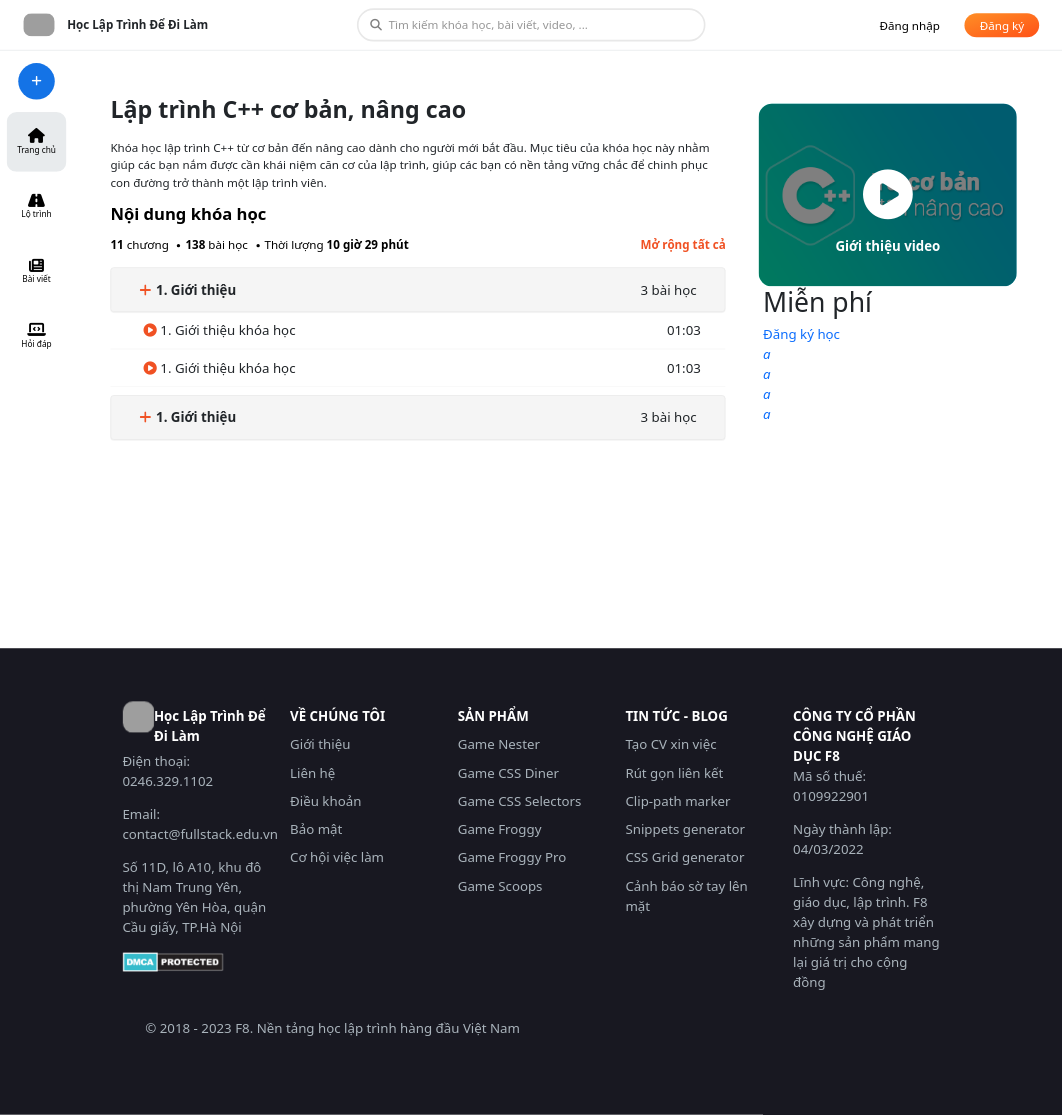
Repository: Quoc-Thang/projectasm
Page: introcourse.html
The author's editor kept a copy of each file at every save. The page is drawn from the files as they stood at one save, then again after the next save.
The browser window is 1280 px wide. The pictures show the whole page, at 83% of full size.
Pictures or frames that could not be fetched are drawn as grey boxes. Some web libraries are served in a nearby version.

Above is the page before, as saved 2023-11-30 23:02:04.

### introcourse.html
<!DOCTYPE html>
<html lang="vi">
  <head>
    <meta charset="UTF-8" />
    <meta name="viewport" content="width=device-width, initial-scale=1.0" />
    <title>F8 - Học lập trình để đi làm</title>
    <!-- Preconnect -->
    <link rel="preconnect" href="https://unpkg.com/aos@2.3.1" />
    <link
      rel="preconnect"
      href="https://cdn.jsdelivr.net/npm/bootstrap@5.3.2" />
    <link rel="preconnect" href="https://kit.fontawesome.com" />
    <link rel="preconnect" href="https://fonts.googleapis.com" />
    <link rel="preconnect" href="https://fonts.gstatic.com" crossorigin />

    <!-- AOS -->
    <link href="https://unpkg.com/aos@2.3.1/dist/aos.css" rel="stylesheet" />

    <!-- Bootstrap -->
    <link
      href="https://cdn.jsdelivr.net/npm/bootstrap@5.3.2/dist/css/bootstrap.min.css"
      rel="stylesheet"
      integrity="sha384-T3c6CoIi6uLrA9TneNEoa7RxnatzjcDSCmG1MXxSR1GAsXEV/Dwwykc2MPK8M2HN"
      crossorigin="anonymous" />

    <!-- Google Fonts -->
    <link
      href="https://fonts.googleapis.com/css2?family=Poppins:wght@100;200;300;400&family=Roboto:wght@100;300;400&display=swap"
      rel="stylesheet" />

    <!-- CSS -->
    <link rel="stylesheet" href="./view/assets/css/reset.css" />
    <link rel="stylesheet" href="./view/assets/css/synthetic.css" />
    <link rel="stylesheet" href="./view/assets/css/header.css" />
    <link rel="stylesheet" href="./view/assets/css/nav.css" />
    <link rel="stylesheet" href="./view/assets/css/slider.css" />
    <link rel="stylesheet" href="./view/assets/css/wrappercontent.css" />
    <link rel="stylesheet" href="./view/assets/css/footer.css" />
    <link rel="stylesheet" href="./view/assets/css/introcourse.css">
  </head>

  <body>
    <!-- Content -->
    <div id="wrapper">
      <!-- Header -->
      <header>
        <div class="row wrap-header">
          <!-- Logo Website -->
          <div class="col-4">
            <div class="logo">
              <a href="/">
                <img src="./view/assets/image/Logo.png" alt="Logo Website" />
              </a>
              <h4 class="logoTxt">Học Lập Trình Để Đi Làm</h4>
            </div>
          </div>

          <!-- Search -->
          <div class="col-4">
            <div class="form-search">
              <form action="" method="post">
                <div class="form">
                  <button type="submit">
                    <i class="fa-solid fa-magnifying-glass"></i>
                  </button>
                  <input
                    type="search"
                    placeholder="Tìm kiếm khóa học, bài viết, video, ..."
                    name="searchTxt"
                    id="search-input"
                    autocomplete="off"
                    />
                </div>
              </form>
              <div class="card-search">
                <div class="heading-card-search">
                  <i class="fa-solid fa-magnifying-glass"></i>
                  <span>Kết quả tìm kiếm cho:</span>
                </div>
                <div class="content-card-search">
                  <div class="title-content">
                    <h2>
                      Khóa học
                    </h2>
                    <a href="#">
                      Xem thêm
                    </a>
                  </div>
                  <ul class="main-content" id="apiData">
                    <li>
                      <a href="#">
                        <img src="./view/assets/image/htmlcsszerohero.png" alt="Image course">
                        <span>
                          HTML, CSS từ cơ bản đến nâng cao
                        </span>
                      </a>
                    </li>
                    <li>
                      <a href="#">
                        <img src="./view/assets/image/htmlcsspro.png" alt="Image course">
                        <span>
                          HTML, CSS Pro
                        </span>
                      </a>
                    </li>
                    <li>
                      <a href="#">
                        <img src="./view/assets/image/sass.png" alt="Image course">
                        <span>
                          Ngôn ngữ tiền xử lý sass
                        </span>
                      </a>
                    </li>
                  </ul>
                </div>
              </div>
            </div>
          </div>

          <!-- Account -->
          <div class="col-4">
            <div class="account">
              <div class="login">
                <a class="openLogin" href="javascript:void(0)"> Đăng nhập </a>
              </div>
              <div class="signup">
                <a class="openSignup" href="javascript:void(0)"> Đăng ký </a>
              </div>
            </div>
          </div>
        </div>
      </header>

      <main id="main-content">
        <!-- Sidebar -->
        <nav class="menu-sidebar">
          <div class="sidebar">
            <div id="news-post" onclick="newsPost()">
              <a id="rotate" href="javascript:void(0)">
                <i class="fa-solid fa-plus"></i>
              </a>
              <span id="model-news">Thêm tin tức mới</span>
            </div>
            <ul>
              <li>
                <a class="menu-sidebar active" href="#">
                  <i class="fa-solid fa-house"></i>
                  <span class="txt-menu"> Trang chủ </span>
                </a>
              </li>
              <li>
                <a class="menu-sidebar" href="#">
                  <i class="fa-solid fa-road"></i>
                  <span class="txt-menu"> Lộ trình </span></a
                >
              </li>
              <li>
                <a class="menu-sidebar" href="#">
                  <i class="fa-solid fa-newspaper"></i>
                  <span class="txt-menu"> Bài viết </span></a
                >
              </li>
              <li>
                <a class="menu-sidebar" href="#">
                  <i class="fa-solid fa-laptop-code"></i>
                  <span class="txt-menu"> Hỏi đáp </span></a
                >
              </li>
            </ul>
          </div>
        </nav>

        <!-- Article -->
        <article id="main">

          <!-- Wrapper Content Main -->
          <div class="wrapper-content">
            <div class="intro-course">
              <div class="content-course">
                <div class="heading-course">
                  <h1 class="title-heading-course">
                    Lập trình C++ cơ bản, nâng cao
                  </h1>
                  <p class="desc-course">
                    Khóa học lập trình C++ từ cơ bản đến nâng cao dành cho người mới bắt đầu. Mục tiêu của khóa học này nhằm giúp các bạn nắm được cần khái niệm căn cơ của lập trình, giúp các bạn có nền tảng vững chắc để chinh phục con đường trở thành một lập trình viên.
                  </p>
                </div>
                <div class="main-content-course">
                  <div class="content-course-top">
                    <h2 class="title-course">
                      Nội dung khóa học
                    </h2>
                    <div class="desc-content-course">
                      <ul>
                        <li>
                          <a href="#">
                            <strong>
                              11
                            </strong>
                            chương
                          </a>
                        </li>
                        <li>
                          <a href="#">
                            <strong>
                              138
                            </strong>
                            bài học
                          </a>
                        </li>
                        <li>
                          <a href="#">
                            Thời lượng
                            <strong>
                              10 giờ 29 phút
                            </strong>
                          </a>
                        </li>
                      </ul>
                      <a class="read-more" href="#">
                        Mở rộng tất cả
                      </a>
                    </div>
                  </div>

                    <div class="list-panels-course">
                      <div class="list-panel-course">
                        <div class="panel-left">
                          <div class="icon-panel">
                              <i class="fa-solid fa-plus" style="color: #f05123;"></i>
                              <i class="fa-solid fa-minus" style="color: #f05123;"></i>
                          </div>
                          <span>
                            1. Giới thiệu
                          </span>
                        </div>
                        <div class="panel-right">
                          <span>
                            3 bài học
                          </soan>
                        </div>
                      </div>

                      <!-- List tab panel -->
                      <div class="list-tab-panel">
                        <!-- Tab panel -->
                        <div class="tab-panel">
                          <span class="desc-panel">
                            <i class="fa-solid fa-circle-play" style="color: #f05123;"></i>
                            1. Giới thiệu khóa học
                          </span>
                          <span class="desc-time">
                            01:03
                          </span>
                        </div>

                        <div class="tab-panel">
                          <span class="desc-panel">
                            <i class="fa-solid fa-circle-play" style="color: #f05123;"></i>
                            1. Giới thiệu khóa học
                          </span>
                          <span class="desc-time">
                            01:03
                          </span>
                        </div>
                      </div>
                    </div>

                    <div class="list-panels-course">
                      <div class="list-panel-course">
                        <div class="panel-left">
                          <div class="icon-panel">
                              <i class="fa-solid fa-plus" style="color: #f05123;"></i>
                              <i class="fa-solid fa-minus" style="color: #f05123;"></i>
                          </div>
                          <span>
                            1. Giới thiệu
                          </span>
                        </div>
                        <div class="panel-right">
                          <span>
                            3 bài học
                          </soan>
                        </div>
                      </div>
                    <!-- List tab panel -->
                    <div class="list-tab-panel">
                      <!-- Tab panel -->
                      <div class="tab-panel">
                        <span class="desc-panel">
                          <i class="fa-solid fa-circle-play" style="color: #f05123;"></i>
                          1. Giới thiệu khóa học
                        </span>
                        <span class="desc-time">
                          01:03
                        </span>
                      </div>

                      <div class="tab-panel">
                        <span class="desc-panel">
                          <i class="fa-solid fa-circle-play" style="color: #f05123;"></i>
                          1. Giới thiệu khóa học
                        </span>
                        <span class="desc-time">
                          01:03
                        </span>
                      </div>
                    </div>
                  </div>
                </div>
              </div>
              <div class="intro-video-course">
                <div class="first-intro-video-course">
                  <div class="img-video-course">
                    <div class="icon-play">
                      <i class="fa-solid fa-circle-play" style="color: #fff;"></i>
                    </div>
                  </div>
                  <div class="see-intro-course">
                    <span>
                      Giới thiệu video
                    </span>
                  </div>
                </div>
                <div class="second-intro-video-course">
                  <div class="pee-course">
                    <h2>
                      Miễn phí
                    </h2>
                  </div>
                  <div class="learn-now">
                    <a href="#">
                      Đăng ký học
                    </a>
                  </div>
                  <div class="list-intro-course">
                    <ul class="list-intro">
                      <li>
                        <a href="#">
                          <i>a</i>
                        </a>
                      </li>
                      <li>
                        <a href="#">
                          <i>a</i>
                        </a>
                      </li>
                      <li>
                        <a href="#">
                          <i>a</i>
                        </a>
                      </li>
                      <li>
                        <a href="#">
                          <i>a</i>
                        </a>
                      </li>
                    </ul>
                  </div>
                </div>
              </div>
            </div>
          </div>
        </article>
      </main>

      <!-- Footer -->
      <footer>
        <div class="content-footer">
          <!-- Footer top -->
          <div class="footer-top">
            <!-- Slogan -->
            <div class="slogan content-column-footer">
              <div class="footer-slogan title-footer">
                <figure>
                  <img src="./view/assets/image/Logo.png" alt="Logo Website" />
                </figure>
                <figcaption>
                  <span class="txt-slogan"> Học lập trình để đi làm </span>
                </figcaption>
              </div>
              <div class="footer-contact-list">
                <ul>
                  <li>
                    <p>Điện thoại: 0246.329.1102</p>
                  </li>
                  <li>
                    <p>Email: contact@fullstack.edu.vn</p>
                  </li>
                  <li>
                    <p>
                      Số 11D, lô A10, khu đô thị Nam Trung Yên, phường Yên Hòa,
                      quận Cầu giấy, TP.Hà Nội
                    </p>
                  </li>
                </ul>
              </div>
              <div class="footer-protect">
                <figure>
                  <a href="#">
                    <img
                      src="./view/assets/image/dmca.png"
                      alt="DMCA Protect" />
                  </a>
                </figure>
              </div>
            </div>

            <!-- About us -->
            <div class="about content-column-footer">
              <div class="title-footer about-us">
                <span>Về chúng tôi</span>
              </div>
              <nav class="list-about">
                <ul>
                  <li><a href="#">Giới thiệu</a></li>
                  <li><a href="#">Liên hệ</a></li>
                  <li><a href="#">Điều khoản</a></li>
                  <li><a href="#">Bảo mật</a></li>
                  <li><a href="#">Cơ hội việc làm</a></li>
                </ul>
              </nav>
            </div>

            <!-- Products -->
            <div class="product content-column-footer">
              <div class="title-footer product-type">
                <span>Sản phẩm</span>
              </div>
              <nav class="list-product">
                <ul>
                  <li><a href="#">Game Nester</a></li>
                  <li><a href="#">Game CSS Diner</a></li>
                  <li><a href="#">Game CSS Selectors</a></li>
                  <li><a href="#">Game Froggy</a></li>
                  <li><a href="#">Game Froggy Pro</a></li>
                  <li><a href="#">Game Scoops</a></li>
                </ul>
              </nav>
            </div>

            <!-- Tools -->
            <div class="tools content-column-footer">
              <div class="title-footer tools-type">
                <span>Tin tức - Blog</span>
              </div>
              <nav class="list-tools">
                <ul>
                  <li><a href="#">Tạo CV xin việc</a></li>
                  <li><a href="#">Rút gọn liên kết</a></li>
                  <li><a href="#">Clip-path marker</a></li>
                  <li><a href="#">Snippets generator</a></li>
                  <li><a href="#">CSS Grid generator</a></li>
                  <li><a href="#">Cảnh báo sờ tay lên mặt</a></li>
                </ul>
              </nav>
            </div>

            <!-- Company -->
            <div class="company content-column-footer">
              <div class="title-footer company-type">
                <span>Công ty cổ phần công nghệ giáo dục F8</span>
              </div>
              <nav class="list-company">
                <ul>
                  <li>
                    <p href="#">Mã số thuế: <span>0109922901</span></p>
                  </li>
                  <li>
                    <p href="#">Ngày thành lập: <span>04/03/2022</span></p>
                  </li>
                  <li>
                    <p href="#">
                      Lĩnh vực:
                      <span
                        >Công nghệ, giáo dục, lập trình. F8 xây dựng và phát
                        triển những sản phẩm mang lại giá trị cho cộng đồng
                      </span>
                    </p>
                  </li>
                </ul>
              </nav>
            </div>
          </div>

          <!-- Footer bottom -->
          <div class="footer-bottom">
            <div class="copyright">
              <p>© 2018 - 2023 F8. Nền tảng học lập trình hàng đầu Việt Nam</p>
            </div>
            <div class="social-media">
              <!-- <img src="/images/icons/facebook.svg" alt="" />
              <img src="/images/icons/instagram.svg" alt="" />
              <img src="/images/icons/twitter.svg" alt="" />
              <img src="/images/icons/linkedin.svg" alt="" /> -->
            </div>
          </div>
          </div>
        </div>
      </footer>
    </div>
    <!-- Javascript -->
    <script src="./view/assets/javascript/sidebar.js"></script>
    <script src="./view/assets/javascript/introcourse.js"></script>
    <script src="./view/assets/javascript/formsearch.js"></script>
    <script src="./view/assets/javascript/formlogin.js"></script>
    <script src="./view/assets/javascript/formsignup.js"></script>

    <!-- Font Awesome -->
    <script
      src="https://kit.fontawesome.com/3e006365dd.js"
      crossorigin="anonymous"></script>

    <!-- Bootstrap -->
    <script
      src="https://cdn.jsdelivr.net/npm/bootstrap@5.3.2/dist/js/bootstrap.bundle.min.js"
      integrity="sha384-C6RzsynM9kWDrMNeT87bh95OGNyZPhcTNXj1NW7RuBCsyN/o0jlpcV8Qyq46cDfL"
      crossorigin="anonymous"></script>

    <!-- AOS -->
    <script src="https://unpkg.com/aos@2.3.1/dist/aos.js"></script>
    <script>
      AOS.init();
    </script>
  </body>
</html>

### view/assets/css/introcourse.css
:root {
  --primary-color: #f05123;
  --background-color: #fff;
  --border-bottom: #e8ebed;
  --border-color: #1473e6;
  --background-hover: #f5f5f5;
  --border: #e8e8e8;
  --color-txt: #000;
  --background-color-menu: #f0f0f0;
}

.intro-course {
  display: flex;
  flex-direction: row;
}

.content-course {
  padding: 0 30px 0 0;
  width: 70%;
}

.title-heading-course {
  font-weight: 700;
  font-size: 28px;
}

.desc-course {
  font-size: 14px;
}

.list-panels-course {
  margin-bottom: 10px;
}

.title-course {
  font-size: 20px;
  font-weight: 700;
}

.desc-content-course {
  display: flex;
  gap: 20px;
  align-items: center;
  justify-content: space-between;
  margin-bottom: 16px;
}

.desc-content-course ul {
  display: flex;
  gap: 20px;
}

.desc-content-course ul li {
  position: relative;
}

.desc-content-course ul li:not(:last-child):after {
  content: "";
  position: absolute;
  border-radius: 50%;
  height: 4px;
  width: 4px;
  background-color: var(--color-txt);
  top: 50%;
  margin-left: 10px;
}

.desc-content-course a {
  color: var(--color-txt);
  font-size: 14px;
}

.read-more {
  color: var(--primary-color) !important;
  font-weight: 600;
  margin-right: 0;
}

.list-panel-course,
.panel-left {
  display: flex;
  gap: 20px;
  cursor: pointer;
}

.panel-left span {
  font-weight: 600;
}

.list-panel-course {
  justify-content: space-between;
  background-color: var(--background-hover);
  padding: 14px 34px;
  border-radius: 4px;
  box-shadow: 0 1px 1px rgba(0, 0, 0, 0.05);
  border: 1px solid #ebebeb;
  position: sticky;
  top: 0;
}

.icon-panel {
  position: relative;
}

.fa-plus,
.fa-minus {
  position: absolute;
  top: 50%;
  transform: translateY(-50%);
}

.list-tab-panel {
  width: 100%;
  height: 100%;
  /* display: flex; */
  /* flex-direction: column; */
  display: none;
}

.tab-panel {
  display: flex;
  justify-content: space-between;
  border: 1px solid #00000008;
  border-right: 0;
  border-top: 0;
  border-left: 0;
  padding: 10px 30px 10px 40px;
}

.fa-play {
  background-color: var(--primary-color);
  height: 14px;
  width: 14px;
  border-radius: 50%;
}

.play-video {
  font-size: 60px;
}

.intro-video-course {
  width: 30%;
  display: flex;
  justify-content: center;
  flex-direction: column;
}

.first-intro-video-course {
  width: calc(100% - 20px);
  position: relative;
  height: 220px;
  cursor: pointer;
  margin: 0 auto;
}

.img-video-course {
  background-image: url("/view/assets/image/cppcobannangcao.png");
  background-position: center;
  background-origin: content-box;
  background-size: cover;
  background-repeat: no-repeat;
  width: 100%;
  height: 220px;
  display: flex;
  justify-content: center;
  align-items: center;
  border-radius: 16px;
  position: relative;
}

.icon-play {
  background-color: rgba(0, 0, 0, 0.5);
  height: 100%;
  width: 100%;
  display: flex;
  justify-content: center;
  align-items: center;
  border-radius: 16px;
}

.icon-play .fa-circle-play {
  font-size: 60px;
}

.see-intro-course {
  position: absolute;
  text-align: center;
  width: 100%;
  top: 160px;
  font-size: 16px;
  color: var(--background-color);
  font-weight: 600;
}

.second-intro-video-course {
  width: calc(100% - 30px);
  margin: 0 auto;
}

.list-intro-course {
  width: calc(100% - 25px);
}

Loaded but not shown: view/assets/css/reset.css (common file); view/assets/javascript/formsignup.js (252 lines, source omitted); view/assets/javascript/formlogin.js (244 lines, source omitted); view/assets/javascript/introcourse.js (40 lines, source omitted); view/assets/javascript/sidebar.js (29 lines, source omitted); view/assets/javascript/formsearch.js (20 lines, source omitted); view/assets/css/slider.css (230 lines, source omitted); view/assets/css/wrappercontent.css (239 lines, source omitted); view/assets/css/nav.css (142 lines, source omitted); view/assets/css/header.css (164 lines, source omitted); view/assets/css/footer.css (90 lines, source omitted); view/assets/css/synthetic.css (67 lines, source omitted)

After the next save:
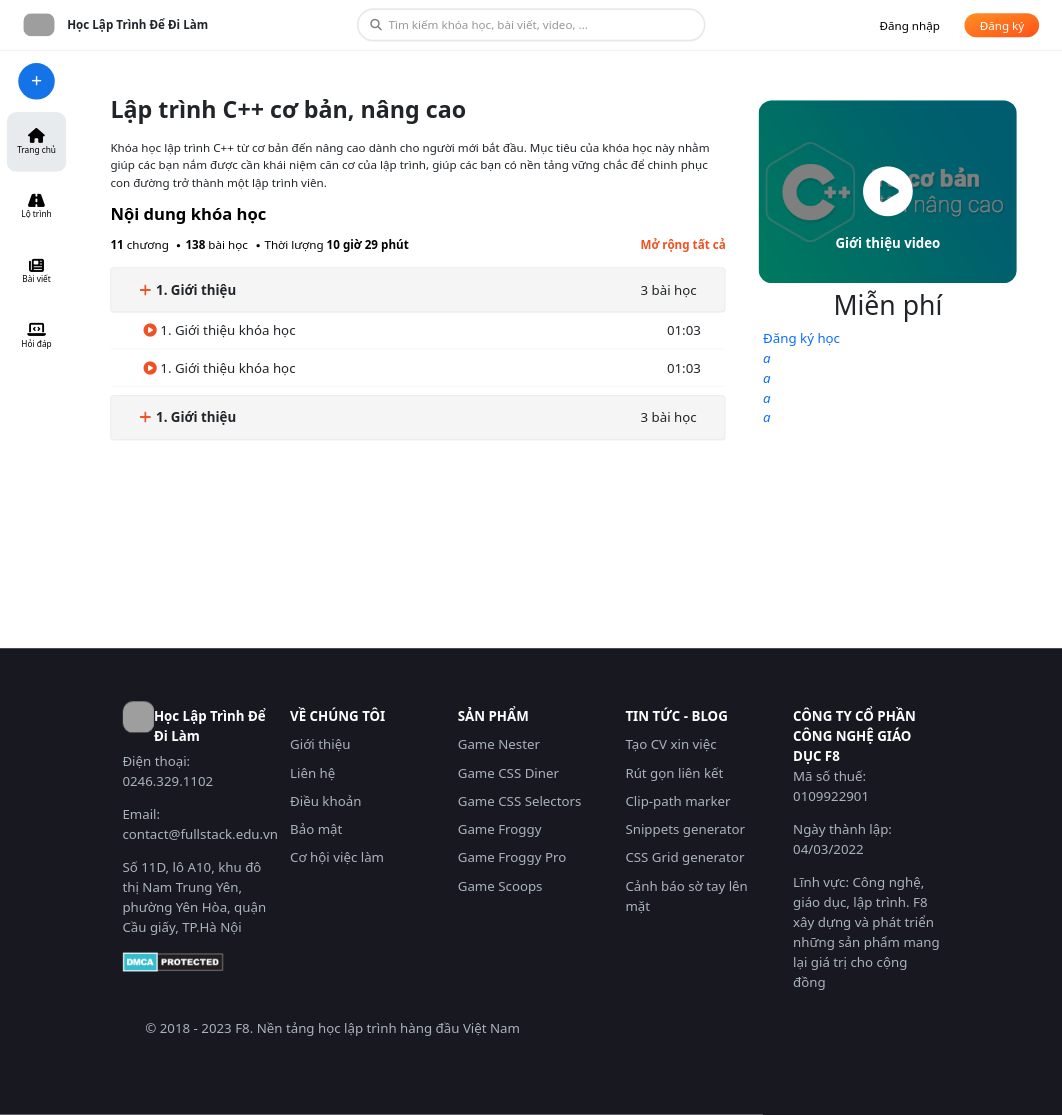
Saved 2 min 53 s later.
--- a/view/assets/css/introcourse.css
+++ b/view/assets/css/introcourse.css
@@ -197,6 +197,11 @@
   margin: 0 auto;
 }
 
+.pee-course h2 {
+  text-align: center;
+  margin: 8px 0;
+}
+
 .list-intro-course {
   width: calc(100% - 25px);
 }
